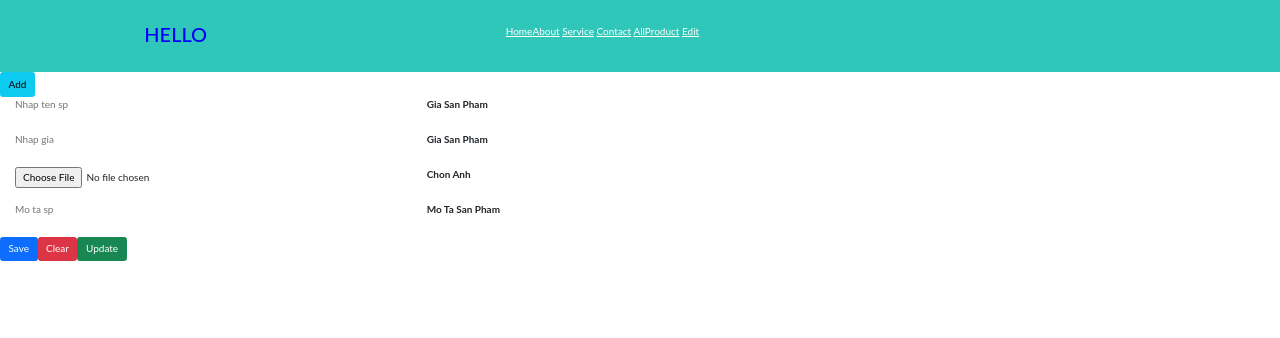
Repository: Hothidani/React
Page: /AllProduct (app in exa/my-react-router-A/)
An editor plug-in stored every save of this project. The page is shown before and after the next save, followed by the edit.
The browser window is 1280 px wide. The pictures show the whole page.
The page's requests for data from a server got no answer. The project was rebuilt for these pictures with package versions that can differ from the ones it lists, and the page was loaded fresh each time. No one was signed in, and anything a server would have sent is missing. Also part of the build but not shown: exa/my-react-router-A/src/component/Navigation.js, exa/my-react-router-A/src/component/Home.js, exa/my-react-router-A/src/component/About.js, exa/my-react-router-A/src/component/Service.js, exa/my-react-router-A/src/component/Contact.js, exa/my-react-router-A/src/component/Add.js.

Above is the page before, as saved 2021-05-11 14:43:54.

### exa/my-react-router-A/public/index.html
<!DOCTYPE html>
<html lang="en">
  <head>
    <meta charset="utf-8" />
    <link rel="icon" href="%PUBLIC_URL%/favicon.ico" />
    <meta name="viewport" content="width=device-width, initial-scale=1" />
    <meta name="theme-color" content="#000000" />

    <meta
      name="description"
      content="Web site created using create-react-app"
    />
    <link rel="apple-touch-icon" href="%PUBLIC_URL%/logo192.png" />
    <!--
      manifest.json provides metadata used when your web app is installed on a
      user's mobile device or desktop. See https://developers.google.com/web/fundamentals/web-app-manifest/
    -->
    <link rel="manifest" href="%PUBLIC_URL%/manifest.json" />
    <link href="%PUBLIC_URL%/../../src/index.css">
    <link rel="stylesheet" href="https://maxcdn.bootstrapcdn.com/bootstrap/3.4.1/css/bootstrap.min.css">
    <script src="https://ajax.googleapis.com/ajax/libs/jquery/3.5.1/jquery.min.js"></script>
    <script src="https://maxcdn.bootstrapcdn.com/bootstrap/3.4.1/js/bootstrap.min.js"></script>
    <!--
      Notice the use of %PUBLIC_URL% in the tags above.
      It will be replaced with the URL of the `public` folder during the build.
      Only files inside the `public` folder can be referenced from the HTML.

      Unlike "/favicon.ico" or "favicon.ico", "%PUBLIC_URL%/favicon.ico" will
      work correctly both with client-side routing and a non-root public URL.
      Learn how to configure a non-root public URL by running `npm run build`.
    -->
    <title>React App</title>
  </head>
  <body>
    <noscript>You need to enable JavaScript to run this app.</noscript>
    <div id="root"></div>
    <!--
      This HTML file is a template.
      If you open it directly in the browser, you will see an empty page.

      You can add webfonts, meta tags, or analytics to this file.
      The build step will place the bundled scripts into the <body> tag.

      To begin the development, run `npm start` or `yarn start`.
      To create a production bundle, use `npm run build` or `yarn build`.
    -->
  </body>
</html>

### exa/my-react-router-A/src/index.js
import React from 'react';
import ReactDOM from 'react-dom';
import App from "./App";
// import AddForm from './App';
import reportWebVitals from './reportWebVitals';

ReactDOM.render(
  <React.StrictMode>
    <App></App>
  </React.StrictMode>,
  document.getElementById('root')
);

// If you want to start measuring performance in your app, pass a function
// to log results (for example: reportWebVitals(console.log))
// or send to an analytics endpoint. Learn more: https://bit.ly/CRA-vitals
reportWebVitals();

### exa/my-react-router-A/src/App.js
import React, { Component } from 'react';
import './App.css';
import './css.css';

import { BrowserRouter as Router, Route, NavLink, Link, Switch } from 'react-router-dom';
import Routers from './component/Routes';


const colorWord = { color: 'White' }
class App extends Component {
  render() {
    return (
      <Router>

        <nav>
          <h2>HELLO</h2>
          <ul className="nav-link">
            <li className="d-inline"><Link to="/" style={colorWord}>Home</Link></li>
            <li className="d-inline"><Link to="/About" style={colorWord} >About</Link></li>
            <li className="d-inline"> <Link to="/Service" style={colorWord}>Service</Link></li>
            <li className="d-inline"> <Link to="/Contact" style={colorWord}>Contact</Link></li>
            <li className="d-inline"> <Link to="/AllProduct" style={colorWord}>AllProduct</Link></li>
            <li className="d-inline"> <Link to="/Edit" style={colorWord}>Edit</Link></li>
          </ul>
        </nav>
        <Switch>
          {this.showContentMenu(Routers)}
        </Switch>

      </Router>
    );

  }
  showContentMenu = (Routers) => {
    var result = null;
    if (Routers.length > 0) {
      result = Routers.map((route, index) => {
        return (

          <Route key={index} path={route.path} exact={route.exact} component={route.main} />
        );
      });
    }
    return result;
  }

}

export default App;

### exa/my-react-router-A/src/App.css
.App {
  text-align: center;
}

nav{
  display: flex;
  justify-content: space-around;
  align-items: center;
  min-height: 10vh;
  background: rgb(48, 199, 186);
  color:blue;
}

.nav-link{
  width: 50%;
  display: flex;
  align-items: center;
  justify-content: space-around;
  list-style: none;
  color: black;
}



/* .row{
  display: flex;
  align-items: center;
} */

### exa/my-react-router-A/src/css.css
* {
    padding: 0;
    margin: 0;
    border: none;
    font-family: 'Lato', sans-serif;
    box-sizing: border-box;
}

html {
    background-color: white;
    text-rendering: optimizeLegibility;
}

.clearfix::after {
    content: "";
    display: table;
    clear: both;
}

.form-control {
    border-radius: 40px;
    border-top-left-radius: 40px;
    border-top-right-radius: 40px;
    border-bottom-right-radius: 40px;
    border-bottom-left-radius: 40px;
}

.content-input {
    width: 500px;
    /* background: #00FFFF; */
}

.content-input-flex {
    display: flex;
    justify-content: space-between;
}

.content-input-footer {
    font-size: 18px;
    display: flex;
    justify-content: center;
}

.footer-logo {
    display: flex;
    justify-content: center;
}

input[class=form-control] {
    background: transparent;
    -webkit-border-radius: 20px;
    -moz-border-radius: 20px;
    border-radius: 20px;
    border: 1px solid none;
    color: #BB0000;
    width: 100%;
    padding-left: 10px;
}

input[class=form-control]:focus {
    outline: none;
    background: #99FFFF;
    border: 1px solid #2da8d9;
    color: #f33838;
}

input[class=form-control]:hover {
    background: #CCFFFF;
    border: 1px solid #2da8d9;
}

.content-input-wrap {
    border-radius: 10px;
    border: rgb(120, 199, 223);
    background-color: rgba(156, 212, 210, 0.4);
    position: relative;
    color: rgba(255, 255, 255, 0.2);
    /* box-shadow: 0px 20px 20px rgb(0 0 0 / 10%), 0px 30px 26px rgb(0 0 0 / 10%); */
}

.content-input-wrap h3 {
    font-weight: 300;
    color: #2da8d9;
}

.content-input-wrap .social {
    width: 100%;
}

.content-input-wrap .social a {
    width: 100%;
    display: block;
    border: 1px solid #00FFFF;
    color: rgba(243, 75, 9, 0.2);
    background: #99CCFF;
}

.content-input-wrap .social a:hover {
    background: rgba(214, 106, 5, 0.2);
    color: rgba(255, 255, 255, 0.2);
    border-color: #00FFFF;
}

.buttonn{
    display: flex;
    justify-content: space-around;
    align-items: center;
    min-width: 5%;

}

### exa/my-react-router-A/src/component/Routes.js
import React from 'react';
import {BrowserRouter as Router, Route} from 'react-router-dom';
import Navigation from './Navigation';
import Home from './Home'
import About from './About';
import Service from './Service';
import Contact from './Contact';
import AllProduct from './AllProduct';
import Update from './AllProduct';
import Add from './Add';

const Routers = [
	{
		path : '/',
		exact : true,
		main : ()=> <Home />
	},
	{
		path : '/About',
		exact : true,
		main : ({match})=> <About match={match} />
	},
    {
		path : '/Contact',
		exact : true,
		main : ({match})=> <Contact match={match} />
	}
		,
		  {
			path : '/Service',
			exact : true,
			main : ({match})=> <Service match={match} />
		},
		{
		  path : '/AllProduct',
		  exact : true,
		  main : ({match})=> <AllProduct match={match} />
	  }
	  ,
	  {
		path : '/Add',
		exact : true,
		main : ({match})=> <Add match={match} />
	}
	,
	{
	  path : '/Update',
	  exact : true,
	  main : ({match})=> <Update match={match} />
  }


]

export default Routers

### exa/my-react-router-A/src/component/AllProduct.js
// import React, { Component } from 'react';
// import axios from 'axios';
// import Add from './Add';
// import 'bootstrap/dist/css/bootstrap.min.css';


// import { NavLink } from 'react-router-dom';
// class AllProduct extends Component {
//     constructor(props) {
//         super(props);
//         this.state = {
//             product: []
//         }

//     }
//     componentDidMount() {
//         axios({
//             method: 'GET',
//             url: ' https://6093b5e8a7e53a001795161e.mockapi.io/Products',
//             data: null
//         }).then(res => {
//             this.setState({
//                 product: res.data
//             });
//         }).catch(err => {
//         });
//     }




//     // render() {
//     //     return (
//     //       <div className="row">
//     //         {this.state.product.map(element => {
//     //           return (
//     //             <div className="col-3">
//     //               <div className="card" style={{ width: '500', height: '300' }}>

//     //                 <div className="container">
//     //                   <h4><b>{element.id}</b></h4>
//     //                   <b>  {element.product_name}</b>
//     //                   <div class="spacing">
//     //                     <p>Type</p>

//     //                     <img  src={element.product_pic}   width={300} height={200}></img>
//     //                   </div>
//     //                   <div class="spacing">
//     //                     <p>Area</p>
//     //                     <p>{element.price}</p>
//     //                   </div>

//     //                   <div style={{ display: 'flex' }}> <button style={{ width: '300px' }} type="button" class="btn btn-primary" onClick={this.handleBuy}>ADD</button>
//     //                   </div>

//     //                 </div>
//     //               </div>
//     //             </div>
//     //           );
//     //         })}
//     //       </div>
//     //     );
//     //   }
//     // }

//     // componentWillUpdate() {
//     //     if (this.state.sort === true) {
//     //         axios({
//     //             method: 'GET',
//     //             url: 'http://localhost:3000/products?_sort=price&_order=asc&_limit=4',
//     //             data: null
//     //         }).then(res => {
//     //             this.setState({
//     //                 product: res.data
//     //             });
//     //         }).catch(err => {
//     //         });
//     //     } else {
//     //         axios({
//     //             method: 'GET',
//     //             url: 'http://localhost:3000/products?_sort=price&_order=desc&_limit=4',
//     //             data: null
//     //         }).then(res => {
//     //             this.setState({
//     //                 product: res.data
//     //             });
//     //         }).catch(err => {
//     //         });
//     //     }

//     // }

//     Low = () => {
//         this.setState({
//             sort: true
//         });
//     }

//     High = () => {
//         this.setState({
//             sort: false
//         });
//     }

//     onChange = (event) => {
//         var target = event.target;
//         var name = target.name;
//         var value = target.value;
//         this.setState({
//             [name]: value
//         });
//     }

// delete(e) {
// 	e.preventDefault();
//     if(window.confirm('Are you sure?'))
// {
//     fetch('https://6093b5e8a7e53a001795161e.mockapi.io/Products' + e,{
//         method:'DELETE',
//         headers:{'OK':'aplication/json',
//         'Content-Type':'aplication/json'
//     }
//     })
// }
// 	axios.delete('https://6093b5e8a7e53a001795161e.mockapi.io/Products')
// 	.then(res => console.log(res.data));
// }


//     render() {
//         var { product, keyword } = this.state;
//         return (
//             <div>

//                                          <div className="d-inline">
//                                             <NavLink to={`/Add`} >
//                                                 <button className="btn btn-info ">Add <i className="fa fa-chevron-right" /></button>
//                                                 <div className="clearfix" />
//                                             </NavLink>
//                                         </div>
//                 {this.state.product.map((product) => {
//                     return (
//                         <React.Fragment>
//                             <div className="col-sm-3 mt-4 row ">
//                                 <div className="single-item">
//                                     <div className="ribbon-wrapper">
//                                         <div className="ribbon sale">San Pham: {product.id}</div>
//                                         <div className="ribbon sale">Mo Ta: {product.describe}</div>
//                                     </div>
//                                     <div className="single-item-header">
//                                         <a><img src={product.product_pic} alt="" height="300" width="500" /></a>
//                                     </div>
//                                     <div className="single-item-body">
//                                         <p className="single-item-title text-center text-danger t">{product.product_name}</p>
//                                         <p className="single-item-price text-center">
//                                             <span className="mb-3 t">Gia: ${product.price}</span>
//                                         </p>
//                                     </div>
//                                     <div className="single-item-caption mt-1 ml-5">
//                                         <a className="add-to-cart pull-left"><i className="fa fa-shopping-cart" /></a>

//                                         <button type="submit" className="btn btn-primary  " onclick={this.onSubmit}>Update</button>
//                                         <button type="submit" onclick={this.delete} className="btn btn-danger">Delete</button>
//                                         <NavLink to="/AllProduct" className="btn btn-success">View</NavLink>
//                                         {/* <NavLink to="/AllProduct" className="btn btn-success">View</NavLink>
//                                          <div className="d-inline">
//                                             <NavLink to={`/Add`} >
//                                                 <button className="btn btn-info ">Add <i className="fa fa-chevron-right" /></button>
//                                                 <div className="clearfix" />
//                                             </NavLink>
//                                         </div> */}
//                                         {/*
//                                         <div className="d-inline">
//                                             <NavLink to={`/products/${product.id}/productdetail`}  >
//                                                 <button className="btn btn-info ">Details <i className="fa fa-chevron-right" /></button>
//                                                 <div className="clearfix" />
//                                             </NavLink>
//                                         </div> */}
//                                     </div>
//                                 </div>
//                             </div>
//                         </React.Fragment>
//                     );
//                 })}
//             </div>


//         );
//     }
// }



// export default AllProduct;


 import { NavLink } from 'react-router-dom';
 import 'bootstrap/dist/css/bootstrap.min.css';


import React, { Component } from 'react';
import axios from 'axios';
import { toast } from 'react-toastify';
//import { toast } from 'react-toastify';

class AllProduct extends Component {
    constructor(props) {
        super(props)
        this.state = {
            products: [],
            id: '',
            product_name: '',
            price: '',
            describe: '',
            product_pic:''
        }
    }

    onChange = (event) => {
        var target = event.target;
        var nam = target.name;
        var value = target.value;
        var type =target.type;
        if(type === 'file')
        {
            value = this.product_pic.value.replace(/C:\\fakepath\\/i,"./Images/");
        }
        this.setState({
            [nam]: value
        });
    }

    onClear = () => {
        this.setState({
            id: '',
            product_name: '',
            price: '',
            describe: '',
            product_pic:''
        });
    }

    // Update= ()=>{
    //     // let data = this.state.products;
    //     // data.map((item,index)=>{
    //     //     if(this.state.id===item.id){
    //     //         alert ("Id: "+item.id);
    //     //         item.product_name= this.state.product_name;
    //     //         item.product_pic= this.state.product_pic;
    //     //         item.price = parseInt(this.state.price);
    //     //         item.describe= this.state.describe;
    //             axios({
    //                 method: 'PUT',
    //                 url:`http://localhost:3000/Products/${item.id}`,
    //                 data:{
    //                     product_name: this.state.product_name,
    //                     product_pic: this.state.product_pic,
    //                     price: this.state.price,
    //                     describe: this.state.describe
    //                 }
    //             }).then (res =>{
    //                 this.setState({
    //                     products:data,
    //                     id: '',
    //                     product_name: '',
    //                     price: '',
    //                     describe: '',
    //                     product_pic:''
    //                 })
    //                  res.data = this.state.products;
    //              }).catch(err =>
    //                 {
    //                 })
    //         }
        //}
        // )      //set update items
        // this.setState({
        //     products:data,
        //     id: '',
        //     product_name: '',
        //     price: '',
        //     describe: '',
        //     product_pic:'',
        //
        //  })
       //}
    onEdit = (id) => {
        id.preventDefault();
        const pro = {
        product_name: this.state.product_name,
		product_pic: this.state.product_pic,
        price: this.state.price,
        describe: this.state.describe
        };
        axios({
            method: 'PUT',
            url: `http://localhost:3000/Products/${id}`,
            data: pro
        }).then(res => {
           res.data = pro;
           alert("Đã sửa sản phẩm thành công")
        }).catch(err => {
        });
    }
    onSave = (event) => {
        event.preventDefault();
        const pro = {
        product_name: this.state.product_name,
		product_pic: this.state.product_pic,
        price: this.state.price,
        describe: this.state.describe
        };
        axios({
            method: 'POST',
            url: `http://localhost:3000/Products`,
            data: pro
        }).then(res => {
           res.data = pro;
           alert("Đã thêm một sản phẩm thành công")
        }).catch(err => {
        });
       /* axios.post(`https://6093b5e8a7e53a001795161e.mockapi.io/Products`, pro)
            .then(res => {
                alert("Đã thêm một sản phẩm thành công")
                console.log(res);
                console.log(res.data);
            })
        this.state.products.push(pro);*/
    }

    componentDidMount() {
        axios({
            method: 'GET',
            url: '  http://localhost:3000/Products',
            data: null
        }).then(res => {
            this.setState({
                products: res.data
            });
        }).catch(err => {
        });
    }




    onDelete = (id) => {
        alert ("Delete");
        this.setState({
          products:this.state.products.filter(item=>item.id!=id)
        })
       axios({
          method: 'DELETE',
          url:`http://localhost:3000/Products/${id}`,
      }).then (res =>{
          console.log(res);
          console.log(res.data);
      }).catch(err =>{
      })
      }

    render() {
        return (
            <React.Fragment>
                <div>
                <div className="d-inline">
                                           <NavLink to={`/Add`} >
                                                <button className="btn btn-info ">Add <i className="fa fa-chevron-right" /></button>
                                               <div className="clearfix" />
                                           </NavLink >
               </div>
                    <div>
                    <form onSubmit={this.onSave}>
                    <div className="form-group">
                        <label  >Gia San Pham</label>
                        <input name="product_name" type="text" className="col-sm-4"   placeholder="Nhap ten sp"  onChange={this.onChange} />
                    </div>
                    <div className="form-group">
                        <label  >Gia San Pham</label>
                        <input name="price" type="number" className="col-sm-4"   placeholder="Nhap gia"  onChange={this.onChange}/>
                    </div>
                    <div className="form-group">
                        <label  >Chon Anh</label>
                        <input name="product_pic" ref={(input) =>{this.product_pic= input}} type="file" className="col-sm-4"  placeholder="" onChange={this.onChange} />
                    </div>
                    <div className="form-group">
                        <label  >Mo Ta San Pham</label>
                        <input name="describe" type="text" className="col-sm-4" id="motasp" placeholder="Mo ta sp" onChange={this.onChange}  />
                    </div>
                    <button type="submit"  className="btn btn-primary  ">Save</button>
                    <button type="button" onclick={this.onClear} className="btn btn-danger">Clear</button>
                    <button type="button" onClick={this.onUpdate}  className="btn btn-success">Update</button>

            </form>

                    </div>
                    {this.state.products.map(element => {
                        return (
                            <div>
                                <p>{element.id}</p>
                                <p>{element.product_name}</p>
                                <p>{element.price}</p>
                                <p>{element.describe}</p>
                                <img src={element.product_pic} alt="" height="300" width="500" />
                                <div>
                                    <button type="button" onClick={this.onEdit}  className="btn btn-success">Edit</button>
                                    <button type="button"  onClick={()=>this.onDelete(element.id)} className="btn btn-danger">Delete</button>
                                </div>
                            </div>
                        );
                    })}
                </div>
            </React.Fragment>
        );
    }
}

class Update extends Component {
    render() {
        return (
            <React.Fragment>
                <div>
                    <form onSubmit={this.onUpdate}>
                        Name:
                        <input type='text' name="name" value={this.state.name} onChange={this.onChange} /><br /><br />
                        Type:
                        <input type='text' name="type" value={this.state.type} onChange={this.onChange} /><br /><br />
                        Quantity:
                        <input type='text' name="quantity" value={this.state.quantity} onChange={this.onChange} /><br /><br />
                        <div>
                            <button type="submit" className="btn bt-primary">Update</button>
                        </div>
                    </form>
                </div>
            </React.Fragment>
        );
    }
}

export default AllProduct;

Loaded but not shown: exa/my-react-router-A/src/reportWebVitals.js (common file)

After the next save:
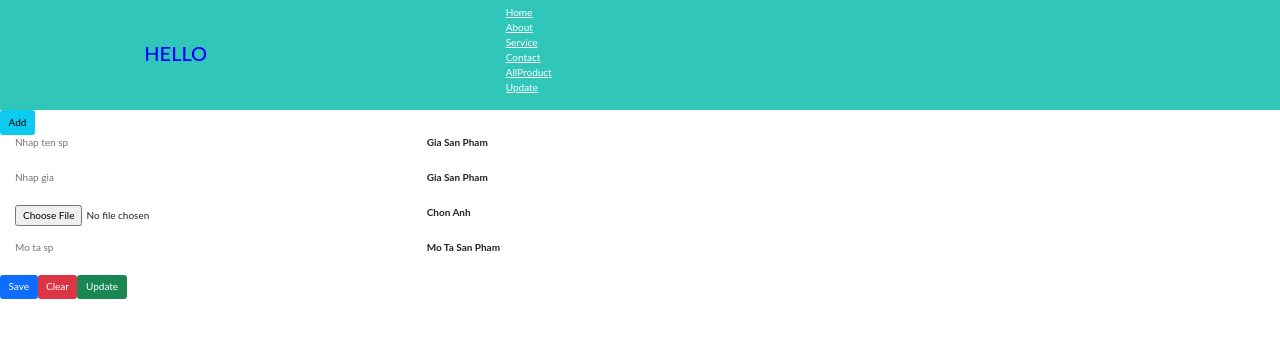
Saved 52 s later.
--- a/exa/my-react-router-A/src/App.js
+++ b/exa/my-react-router-A/src/App.js
@@ -11,16 +11,16 @@ class App extends Component {
   render() {
     return (
       <Router>
-
+{/* className="d-inline" */}
         <nav>
           <h2>HELLO</h2>
           <ul className="nav-link">
-            <li className="d-inline"><Link to="/" style={colorWord}>Home</Link></li>
-            <li className="d-inline"><Link to="/About" style={colorWord} >About</Link></li>
-            <li className="d-inline"> <Link to="/Service" style={colorWord}>Service</Link></li>
-            <li className="d-inline"> <Link to="/Contact" style={colorWord}>Contact</Link></li>
-            <li className="d-inline"> <Link to="/AllProduct" style={colorWord}>AllProduct</Link></li>
-            <li className="d-inline"> <Link to="/Edit" style={colorWord}>Edit</Link></li>
+            <li ><Link to="/" style={colorWord}>Home</Link></li>
+            <li ><Link to="/About" style={colorWord} >About</Link></li>
+            <li > <Link to="/Service" style={colorWord}>Service</Link></li>
+            <li > <Link to="/Contact" style={colorWord}>Contact</Link></li>
+            <li > <Link to="/AllProduct" style={colorWord}>AllProduct</Link></li>
+            <li > <Link to="/Update" style={colorWord}>Update</Link></li>
           </ul>
         </nav>
         <Switch>
